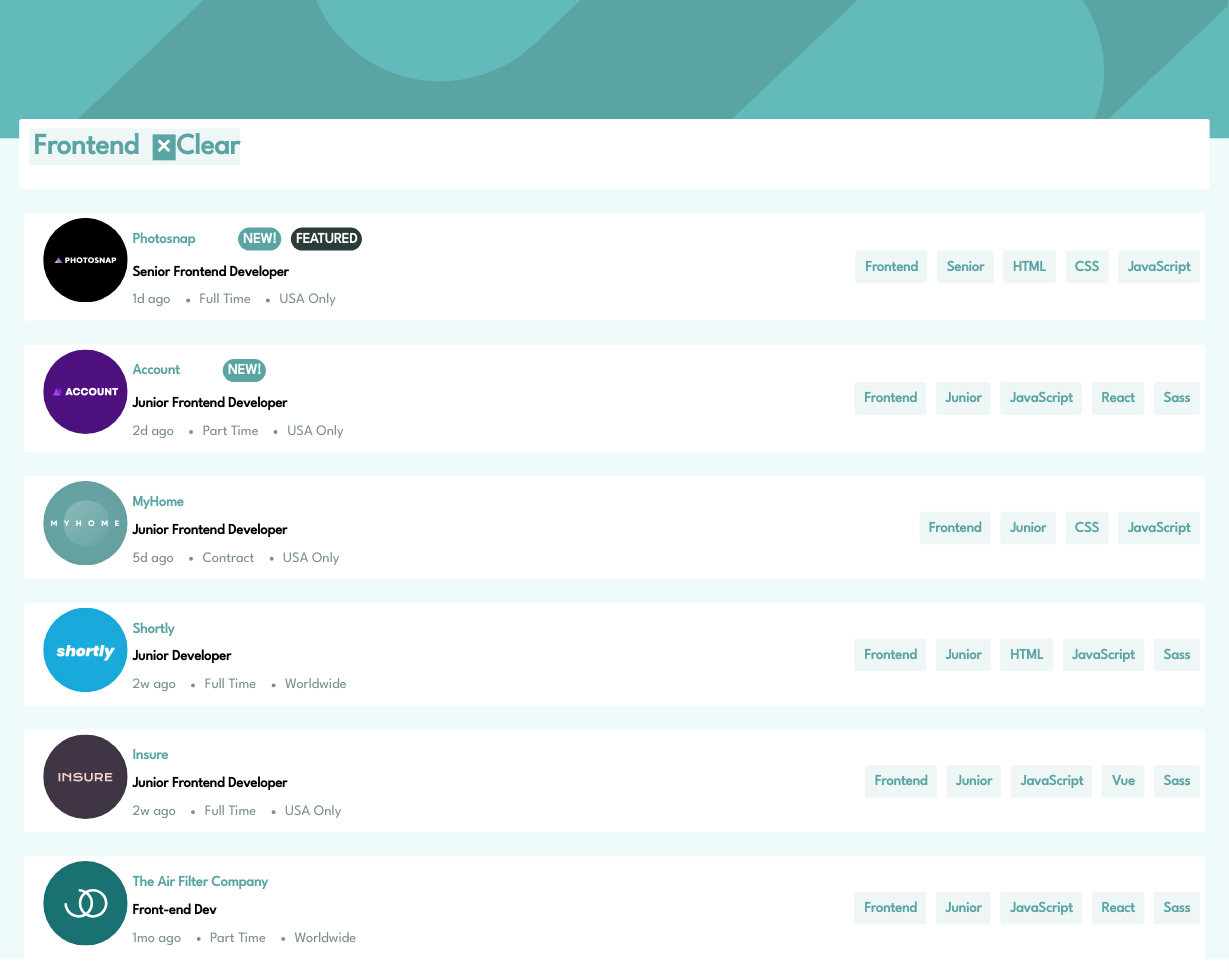
Repository: DevLaukey/job-listing
Page: /, after clicking the first element matching `div.category`
An editor plug-in stored every save of this project. The page is shown before and after a run of saves, followed by the edit.
The browser window is 1280 px wide. The pictures show the whole page, at 96% of full size.
Some web fonts or font styles are not loaded; a fallback is used. The project was rebuilt for these pictures with package versions that can differ from the ones it lists, and the page was loaded fresh each time.

Above is the page before, as saved 2022-06-06 00:31:43.

After the next 4 saves:
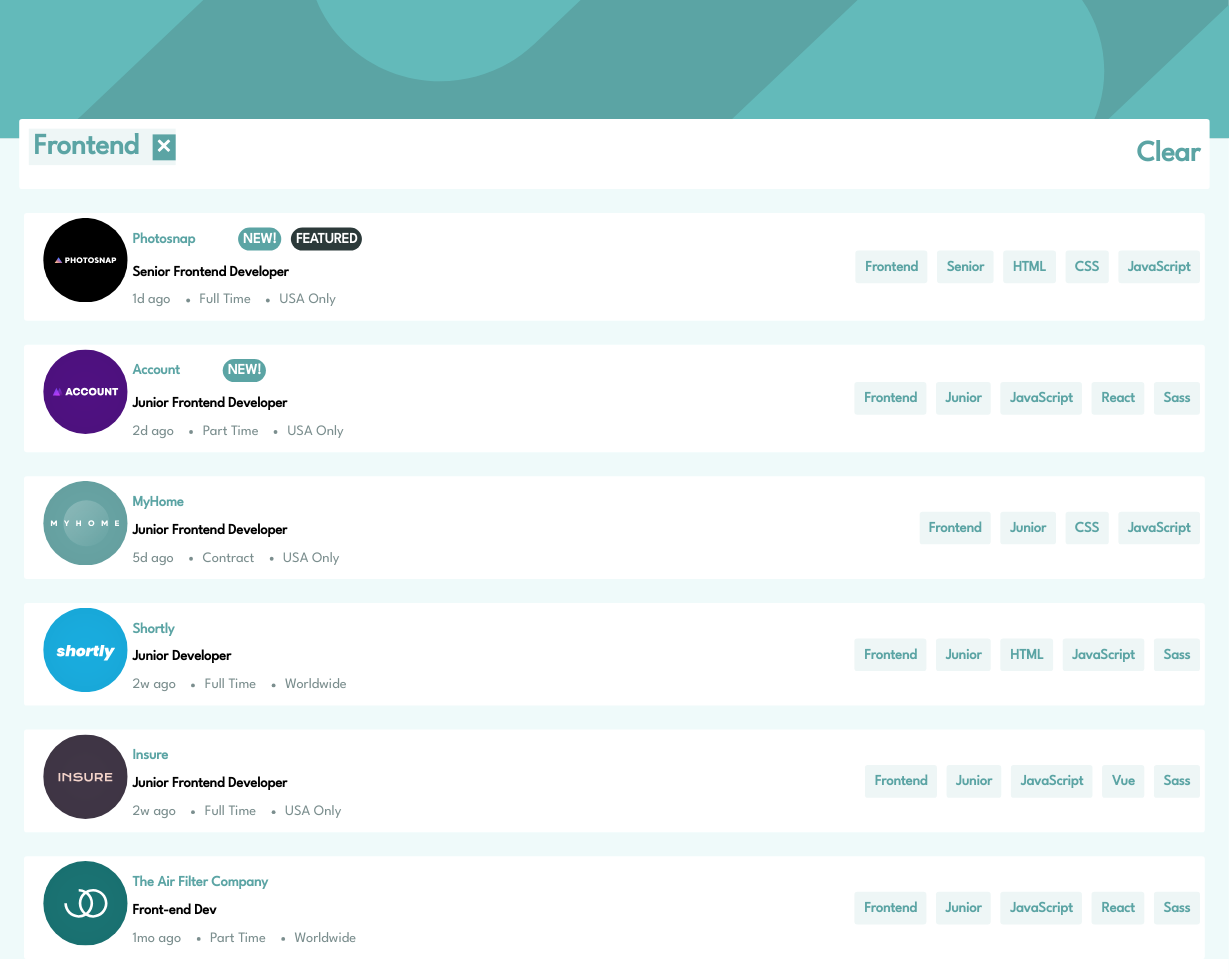
The 4 saves are shown as one change because 3 did not build or start.
The last was saved 66 s later.
--- a/src/components/Filter.js
+++ b/src/components/Filter.js
@@ -8,9 +8,9 @@ function Filter(Props) {
   } else {
     return (
       <div className="tablet filter">
-        <div className="option">
           {Props.tagList.map((e, id) => (
             <>
+        <div className="option">
               <h1 className="front-end" key={id}>
                 {e}
               </h1>
@@ -22,14 +22,14 @@ function Filter(Props) {
                     d="M11.314 0l2.121 2.121-4.596 4.596 4.596 4.597-2.121 2.121-4.597-4.596-4.596 4.596L0 11.314l4.596-4.597L0 2.121 2.121 0l4.596 4.596L11.314 0z"
                   />
                 </svg>
-              </div>
+                </div>
+                </div>
             </>
           ))}
           <h1 className="clear" onClick={() => Props.onClick([])}>
             Clear
           </h1>
         </div>
-      </div>
     );
   }
 }
